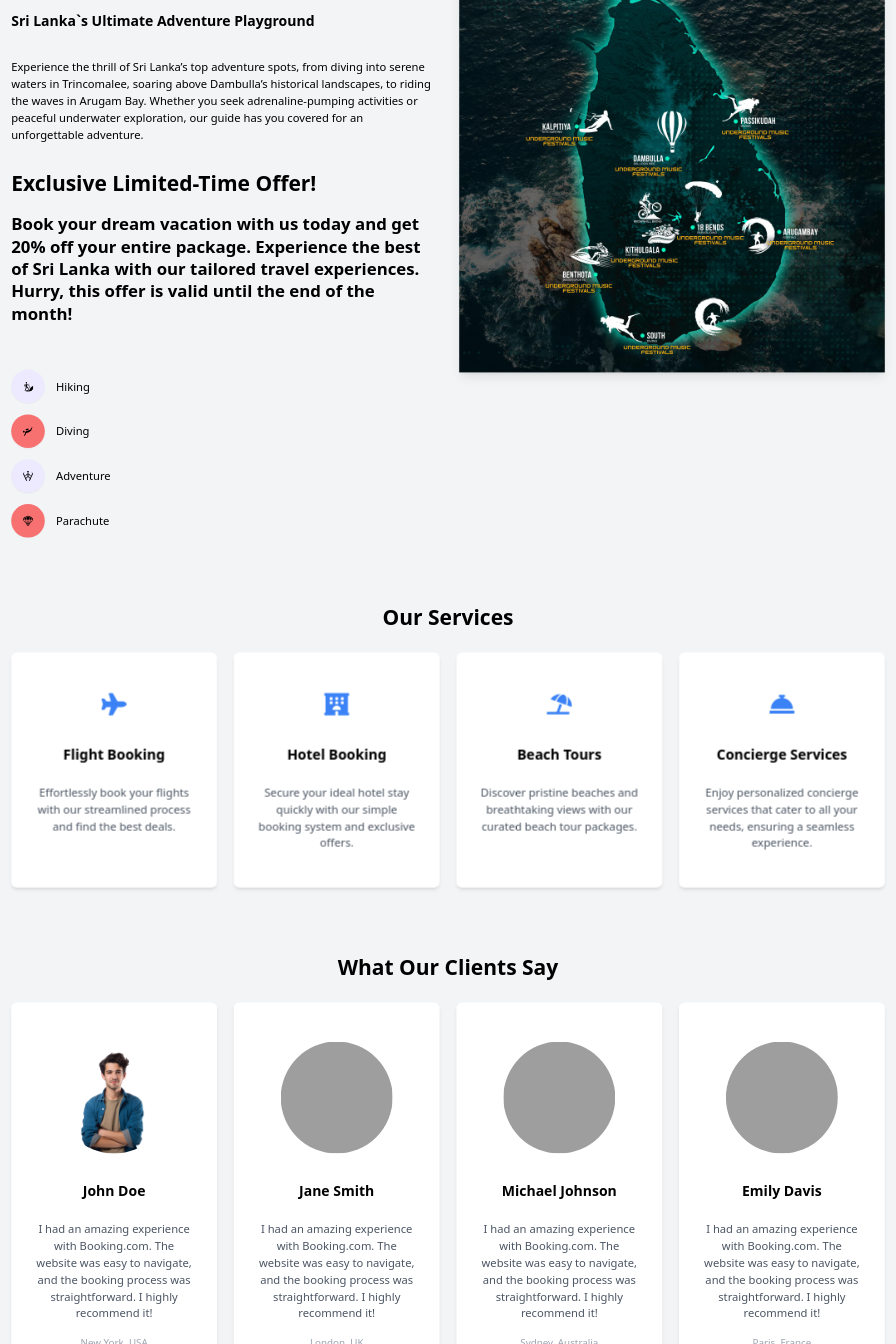
Repository: thisara199/Travel-Agency-Website
Page: /
An editor plug-in stored every save of this project. The page is shown before and after the next save, followed by the edit.
The browser window is 1280 px wide. The pictures show the part of the page from y = 1440 to 3360 px (the page is 3749 px tall before and 3741 px after), at 70% of full size.
Pictures or frames that could not be fetched are drawn as grey boxes. The project was rebuilt for these pictures with package versions that can differ from the ones it lists, and the page was loaded fresh each time. Also part of the build but not shown: vite.config.js, src/pages/About.jsx.

Above is the page before, as saved 2024-09-04 08:13:17.

After the next save:
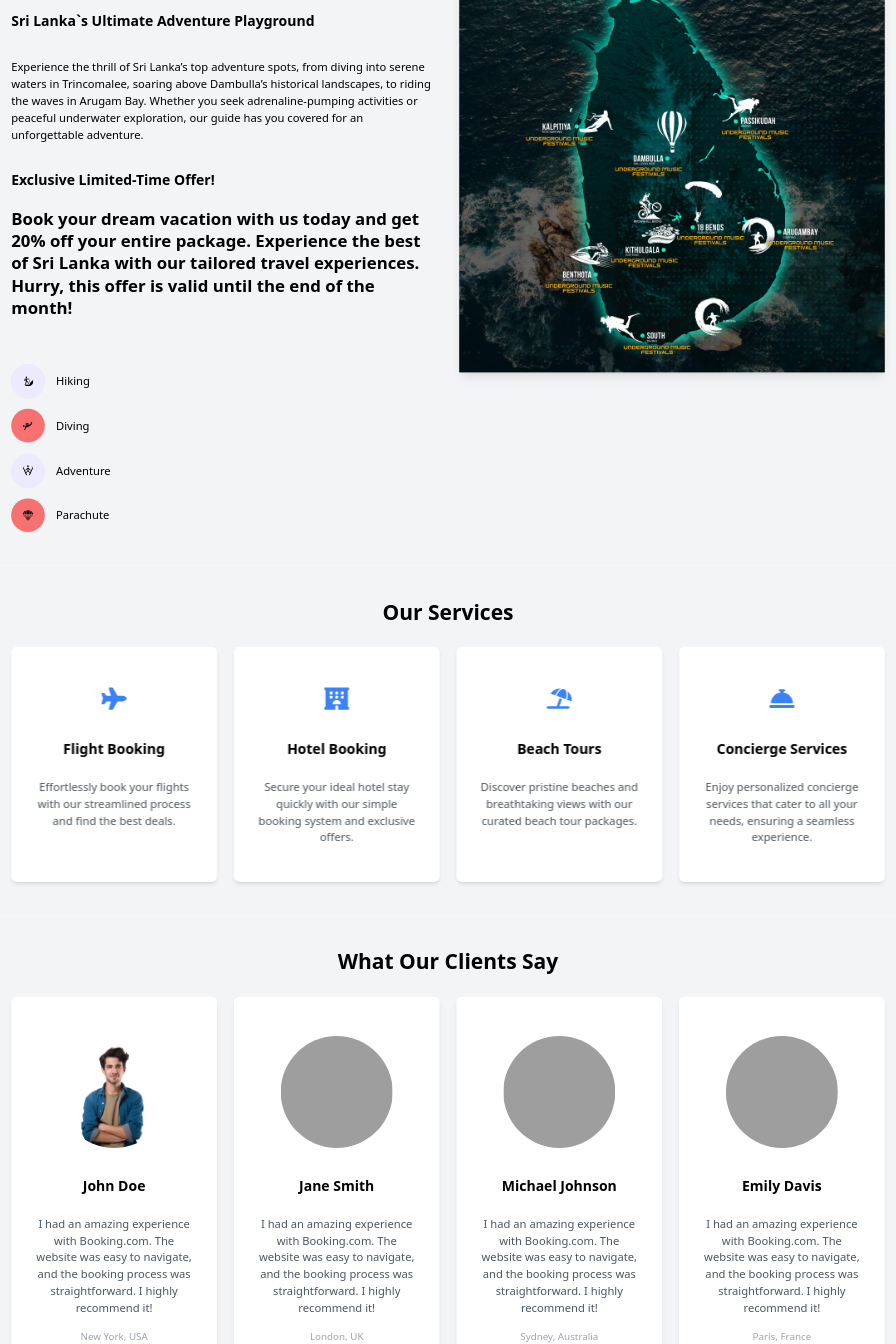
Saved 30 s later.
--- a/src/components/Banner/Banner.jsx
+++ b/src/components/Banner/Banner.jsx
@@ -14,7 +14,7 @@ const Banner1 = () => {
            <h2 data-aos="fade-up" className='mt-0 text-xl font-semibold lg:mt-10'>Sri Lanka`s Ultimate Adventure Playground</h2>
            <p data-aos="fade-up" className='mt-0 lg:mt-10'>Experience the thrill of Sri Lanka’s top adventure spots, from diving into serene waters in Trincomalee, soaring above Dambulla’s historical landscapes, to riding the waves in Arugam Bay. Whether you seek adrenaline-pumping activities or peaceful underwater exploration, our guide has you covered for an unforgettable adventure.</p>
            <div className='flex flex-col justify-center gap-6 mt-0 sm:pt-0 lg:mt-10'>
-            <h1 data-aos="fade-up" className='text-3xl font-bold'>Exclusive Limited-Time Offer!</h1>
+            <h1 data-aos="fade-up" className='text-xl font-bold'>Exclusive Limited-Time Offer!</h1>
             <p data-aos="fade-up" className='mb-0 text-xl font-semibold sm:text-2xl lg:mb-10'>Book your dream vacation with us today and get 20% off your entire package. Experience the best of Sri Lanka with our tailored travel experiences. Hurry, this offer is valid until the end of the month!</p>
             <div className='flex flex-col gap-4'>
               <div data-aos="fade-up" className='flex items-center gap-4'>
